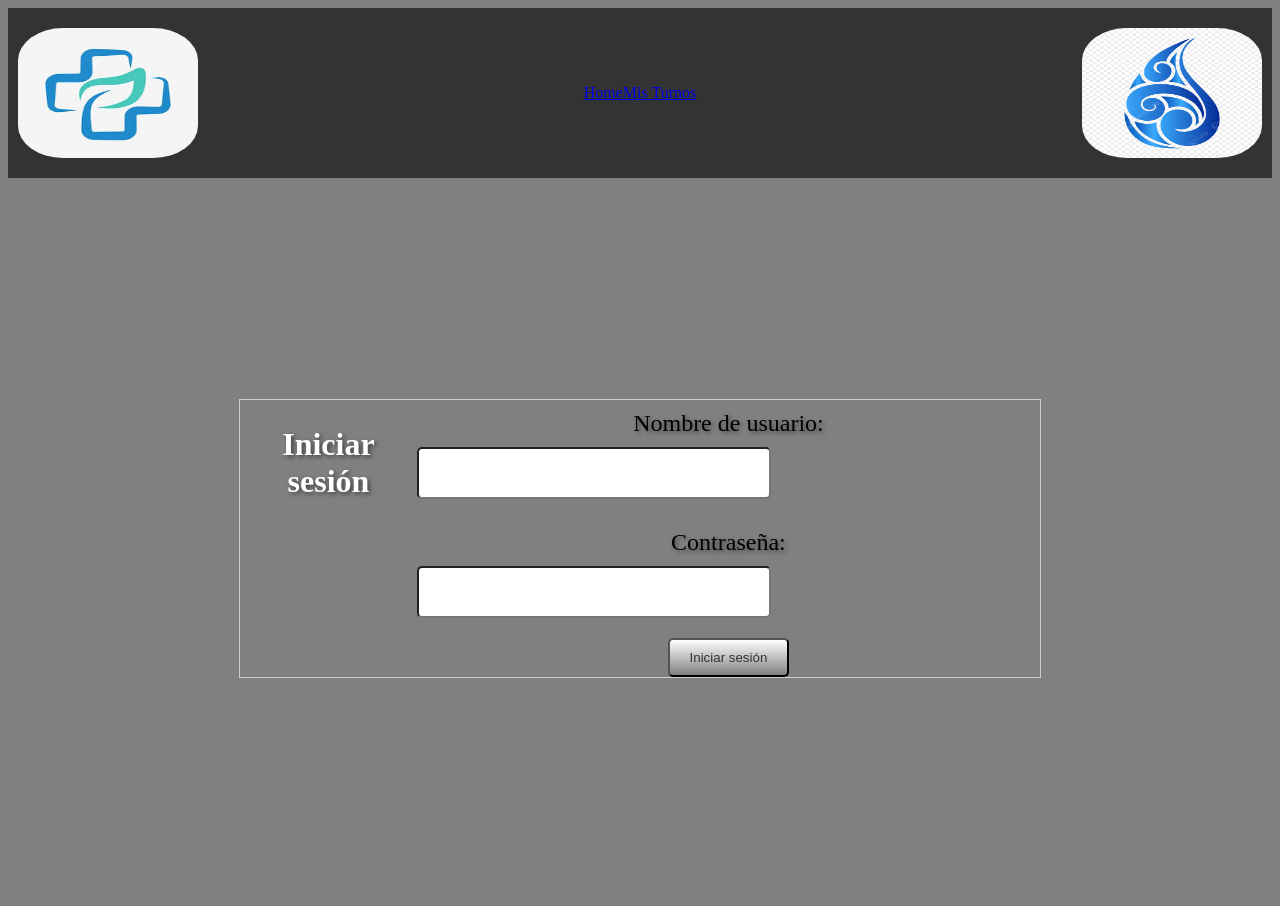
Repository: mauro8778/TurnoClinica
Page: / (app in front/vite-project/)
An editor plug-in stored every save of this project. The page is shown before and after the next save, followed by the edit.
The browser window is 1280 px wide. The pictures show the whole page.
The project was rebuilt for these pictures with package versions that can differ from the ones it lists, and the page was loaded fresh each time. Also part of the build but not shown: front/vite-project/vite.config.js, front/vite-project/src/views/home/home.jsx, front/vite-project/src/components/turno/turno.css, front/vite-project/src/components/turno/turno.jsx, front/vite-project/src/views/misTurnos/MisTurnos.css, front/vite-project/src/views/misTurnos/MisTurnos.jsx.

Above is the page before, as saved 2024-04-14 14:58:45.

### front/vite-project/src/main.jsx
import React from 'react'
import ReactDOM from 'react-dom/client'
import App from './App.jsx'
import {BrowserRouter} from "react-router-dom";


ReactDOM.createRoot(document.getElementById('root')).render(
  <React.StrictMode>
    <BrowserRouter>
    <App />
    </BrowserRouter>

  </React.StrictMode>,
)

### front/vite-project/src/App.jsx

import "./index.css"
import NavBar from "./components/NavBar/NavBar.jsx";
import Home from "./views/home/home.jsx"
import { Route, Routes } from "react-router-dom";
import Login from "./views/Login/Login.jsx"
import MisTurnos from "./views/misTurnos/MisTurnos.jsx"

function App() {


  return (
  <div className="app">
    <NavBar/>
  <Routes>
    <Route path="/"element={<Login/>}/>
    <Route path="/home" element={<Home/>}/>
    <Route path="/MisTurnos" element={<MisTurnos/>}/>
  </Routes>

  </div>

  )
}

export default App

### front/vite-project/src/index.css
body{

  background-color: grey;
}

### front/vite-project/src/components/NavBar/NavBar.jsx

import  "./NavBar.css";
import hospital from "../../assets/hospital.jpg"
import logo from "../../assets/logo.jpg"


const NavBar=()=>{

    return(
    <>

    <div className="navbar">
      <img src={hospital} alt="Imagen 1" className="left-image" />
      <ul className="nav-list">
        <a className="li" href="/home">Home</a>
        <br />
        <a className="li" href="/MisTurnos">Mis Turnos</a>
      </ul>
      <img src={logo} alt="Imagen 2" className="right-image" />
    </div>


    </>
    )
}
export default NavBar;

### front/vite-project/src/views/Login/Login.jsx
import { useState } from "react";
import axios from "axios"
import "./login.css";

const LoginForm = () => {
  const [credentials, setCredentials] = useState({
    username: "",
    password: ""
  });

  const [error, setError] = useState("");

  const handleInputChange = (event) => {
    const { name, value } = event.target;
    setCredentials({
      ...credentials,
      [name]: value
    });
  };

  const handleFormSubmit = async (event) => {
    event.preventDefault();
    if (!credentials.username && !credentials.password) {
        setError("Faltan rellenar los campos de usuario y contraseña");
        return;
      }
      if (!credentials.username) {
        setError("Falta colocar el nombre de usuario");
        return;
      }
      if (!credentials.password) {
        setError("Falta colocar la contraseña");
        return;
      }
    try {
        const response = await axios.post("http://localhost:3000/users/loguin", credentials);
        if (response.status === 200) {
          alert("Inicio de sesión exitoso");
        } else {
          setError("Credenciales inválidas");
        }
    } catch (error) {
        if (error.response && error.response.status === 400) {
          setError("Usuario inexistente");
        } else if (error.response && error.response.status === 401) {
          setError("Contraseña incorrecta");
        } else {
          setError ("Error al iniciar sesión. Por favor, inténtalo de nuevo más tarde");
        }
    }
};
  return (
    <div className="card-container">
    <div className="card">
      <h2>Iniciar sesión</h2>
      <form onSubmit={handleFormSubmit} className="form-container">
        <div className="input-container">
          <label htmlFor="username">Nombre de usuario:</label>
          <input
            type="text"
            id="username"
            name="username"
            value={credentials.username}
            onChange={handleInputChange}
          />
        </div>
        <div className="input-container">
          <label htmlFor="password">Contraseña:</label>
          <input
            type="password"
            id="password"
            name="password"
            value={credentials.password}
            onChange={handleInputChange}
          />
        </div>
        {error && <p className="error">{error}</p>}
        <button type="submit">Iniciar sesión</button>
      </form>
    </div>
  </div>
);
};

export default LoginForm;

### front/vite-project/src/components/NavBar/NavBar.css
.navbar {
  display: flex;
  justify-content: space-between;
  align-items: center;
  background-color: #333;
  padding: 10px;
  height: 150px;
}

.nav-list {
  list-style: none;
  display: flex;
  margin: 0;
  padding: 0;
}

.nav-list li {
  margin-left: 20px;
  color: white;
  font-size: 1.5rem;
}

.left-image,
.right-image {
  width: 180px;
  height: 130px;
  border-radius: 25%;
}

### front/vite-project/src/views/home/home.css
body{
  background-color: grey;
}
h1{
  text-align: center;
  font-size: 3rem;
  background-color: white;
  color: black;
  padding: 10px 20px;
  border: 2px solid black;
  text-shadow: 2px 2px 4px rgba(0, 0, 0, 0.5);
}
.container {

    width: 33%;
    float: left;
  text-align: center;
  align-items: center;
}
.container-dos{

  width: 65%;
  float: right;
text-align: center;
align-items: center;
}
.container-ul {
  list-style: none;
  padding: 0;
}
h3{
  text-align: center;
  text-shadow: 2px 2px 4px rgba(0, 0, 0, 0.5);
  color: white;
  font-size: 2rem;
  margin: 1rem,2rem;

}
h2{
  text-align: center;
  text-shadow: 2px 2px 4px rgba(0, 0, 0, 0.5);
  color: white;
  font-size: 2rem;
  margin: 1rem,2rem;

}
p{
  text-align: center;
  text-shadow: 2px 2px 4px rgba(0, 0, 0, 0.5);
  color: white;
  font-size: 1.5rem;
  margin: 1rem,2rem;

}

.container-li {
  border: 1px solid black;
  padding: 1rem;
  margin-bottom: 1rem;
  background-color: white;
  transition: background-color 0.3s ease;
  border-radius: 8px;
  text-shadow: 2px 2px 4px rgba(0, 0, 0, 0.5);
  font-size: 1.5rem;
  list-style: none;
}

.container-li:hover {
  background: linear-gradient(to bottom, #b3e0ff, #b3b3b3); /* Cambia el fondo al pasar el cursor sobre el elemento */
}

### front/vite-project/src/views/Login/login.css
.card-container {
  display: flex;
  justify-content: center;
  align-items: center;
  height: 100vh;
}
.centered{
  text-align: center;
  font-size: 3rem;
  color: black;
  padding: 10px 20px;
  text-shadow: 2px 2px 4px rgba(0, 0, 0, 0.5);
}
label{
  text-align: center;
  font-size: 1.5rem;
  color: black;
  padding: 10px 20px;
  border-radius: 5px;
  text-shadow: 2px 2px 4px rgba(0, 0, 0, 0.5);
  display: flex;
  justify-content: center;

}
input{
  text-align: right;
  font-size: 1.5rem;
  color: black;
  padding: 10px 20px;
  border-radius: 5px;
  text-shadow: 2px 2px 4px rgba(0, 0, 0, 0.5);
}

.card {
  display: flex;
  border: 1px solid #ccc;
  width: 80%;
  max-width: 800px;
}

.left-column,
.right-column {
  flex: 1;
  padding: 20px;
  background: linear-gradient(white,grey) ;
  display: flex;
  justify-content: center;
  align-items: center;
}

.left-column {
  border-right: 1px solid #ccc;
  background: linear-gradient(white,grey);
  display: flex;
  justify-content: center;
  align-items: center;
}

.right-column {
  display: flex;
  flex-direction: column;
  align-items: center;
  padding: 20px; }

.right-column h2 {
  margin-bottom: 20px;
}

.form-container {
  width: 80%;
  text-align: center;
}

.input-container {
  width: 100%;
  margin-bottom: 20px;
  text-align: left;
}

.error {
  color: red;
  text-align: center;
}

.button-container {
  margin: 0 5px;
}


.botones{
  display: flex;
  justify-content: space-between;
  align-items: center;
}
button {
  padding: 10px 20px;
  background: linear-gradient(white, grey);
  transition: background-color 0.3s ease;
  text-decoration: none;
  color: #333;
  border-radius: 5px;
}
button:hover {
  background-color: rgba(0, 0, 0, 0.1);
}
.Links {
  padding: 10px 20px;
  background: linear-gradient(white, grey);
  transition: background-color 0.3s ease;
  text-decoration: none;
  color: #333;
  border-radius: 5px;
}
.Links:hover {
  background-color: rgba(0, 0, 0, 0.1);
}

Loaded but not shown: front/vite-project/index.html (common file)

After the next save:
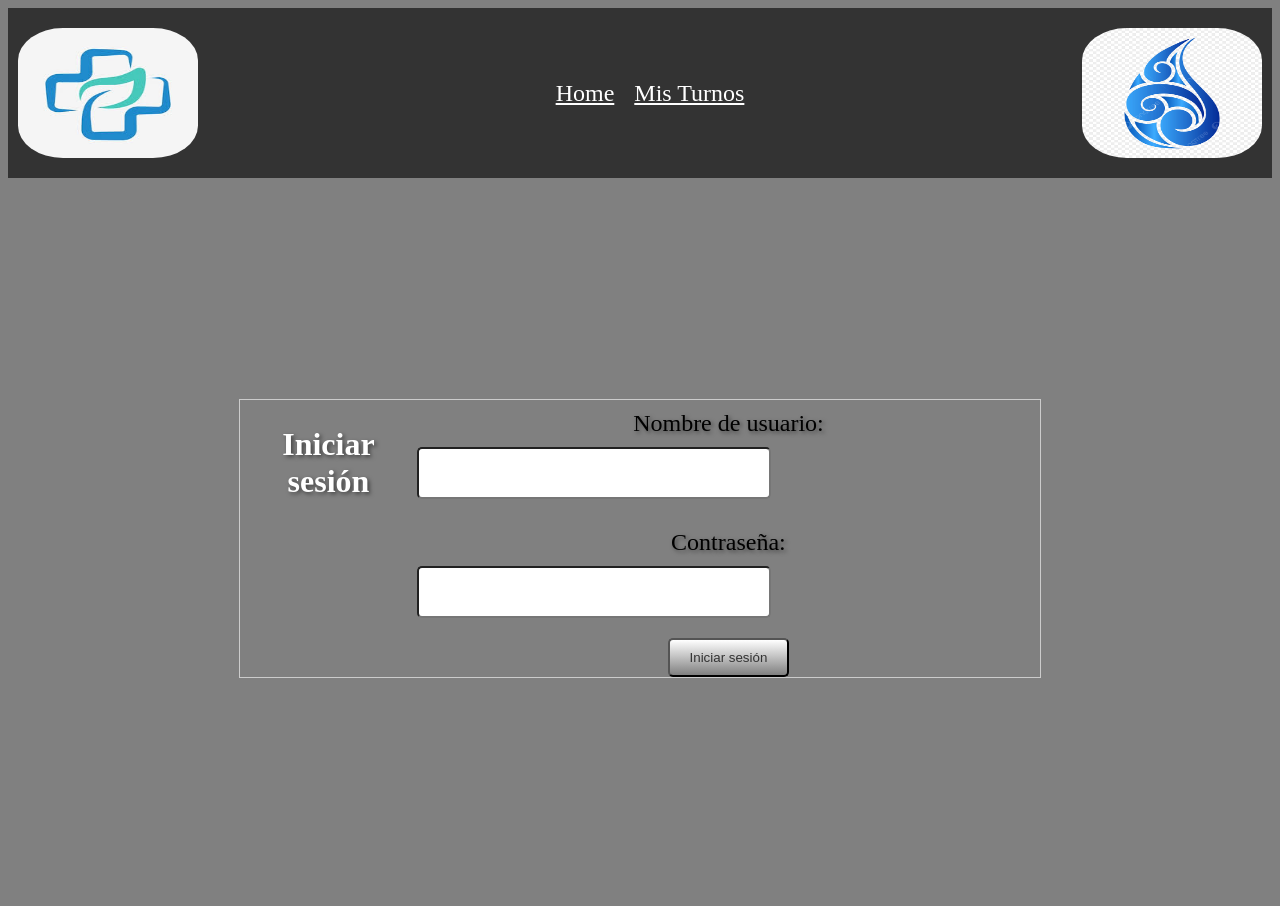
Saved 19 s later.
--- a/front/vite-project/src/components/NavBar/NavBar.css
+++ b/front/vite-project/src/components/NavBar/NavBar.css
@@ -14,7 +14,7 @@
   padding: 0;
 }
 
-.nav-list li {
+.li {
   margin-left: 20px;
   color: white;
   font-size: 1.5rem;
